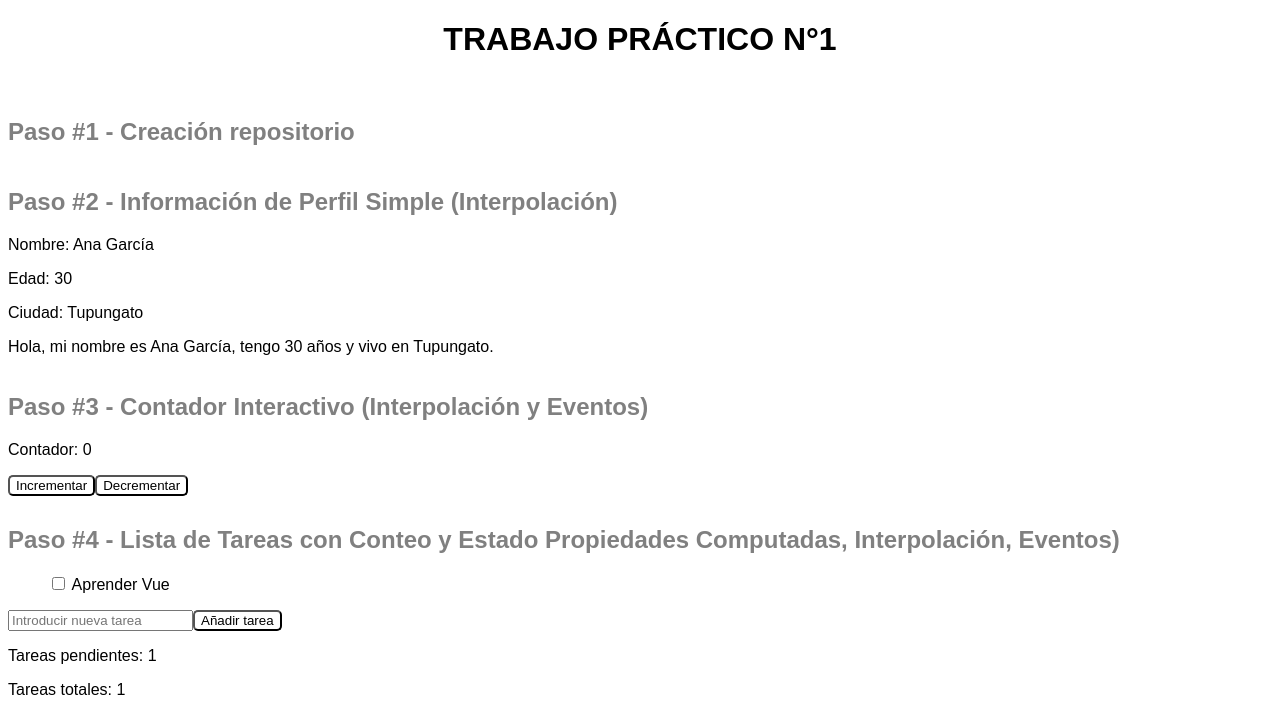
Repository: SofiaSferco/PWA
Page: practico01/index.html
An editor plug-in stored every save of this project. The page is shown before and after a run of saves, followed by the edit.
The browser window is 1280 px wide. The pictures show the whole page.

Above is the page before, as saved 2025-10-03 14:25:58.

After the next 3 saves:
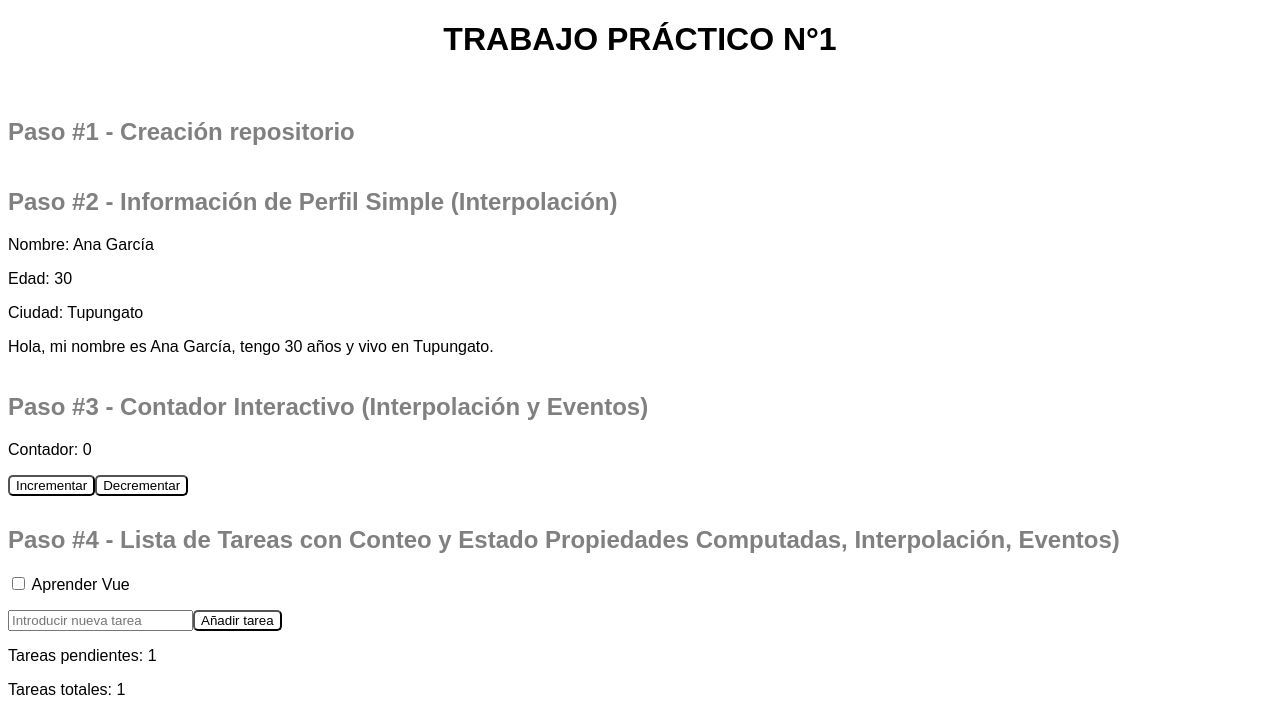
The 3 saves are shown as one change because they came seconds apart.
The last was saved 8 s later.
--- a/practico01/index.html
+++ b/practico01/index.html
@@ -103,6 +103,7 @@
     }
     ul {
         list-style-type: none;
+        padding-left: 0px;
     }
     .tachar{
         text-decoration: line-through;
